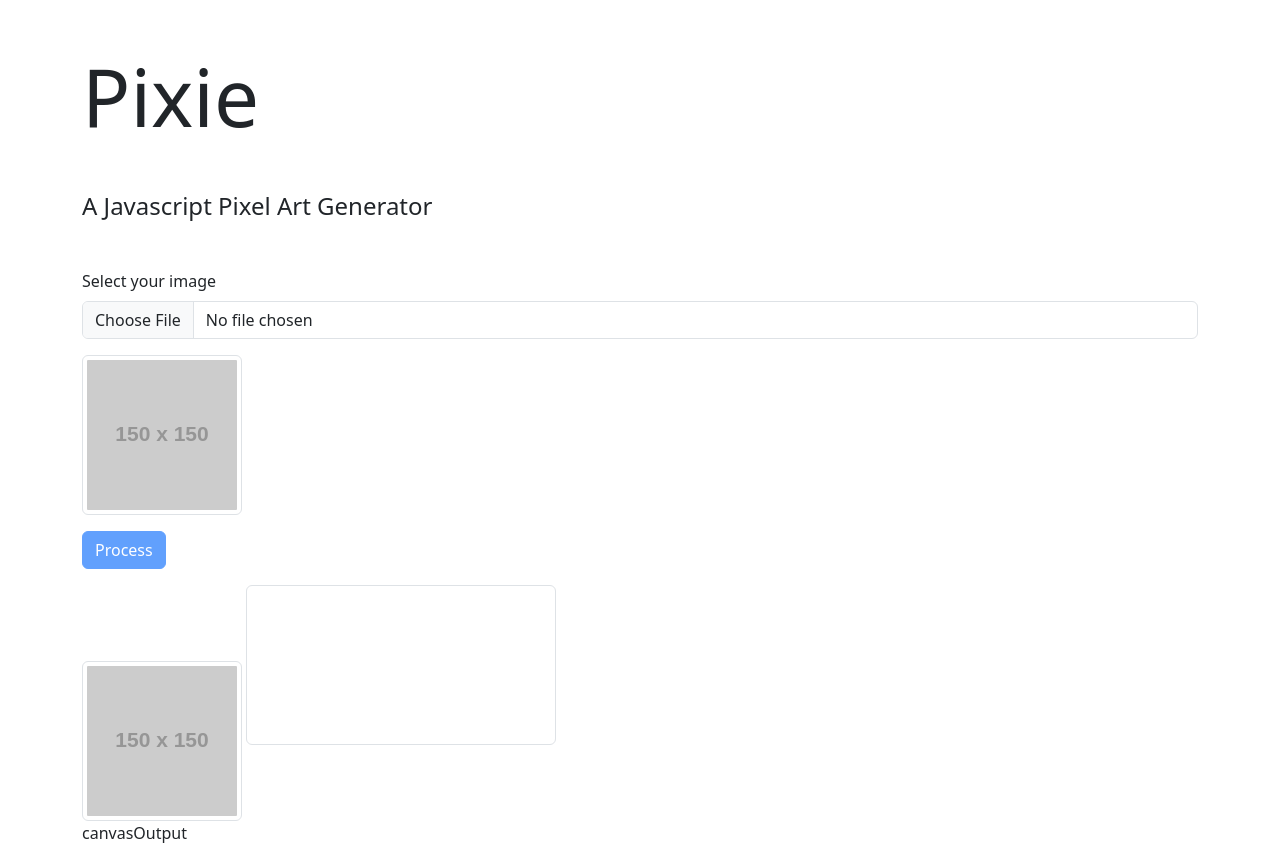
Repository: BigEmperor26/Pixie
Page: index.html
An editor plug-in stored every save of this project. The page is shown before and after the next save, followed by the edit.
The browser window is 1280 px wide. The pictures show the whole page.

Above is the page before, as saved 2023-12-08 15:26:25.
Console error: ReferenceError: onOpenCvReady is not defined

After the next save:
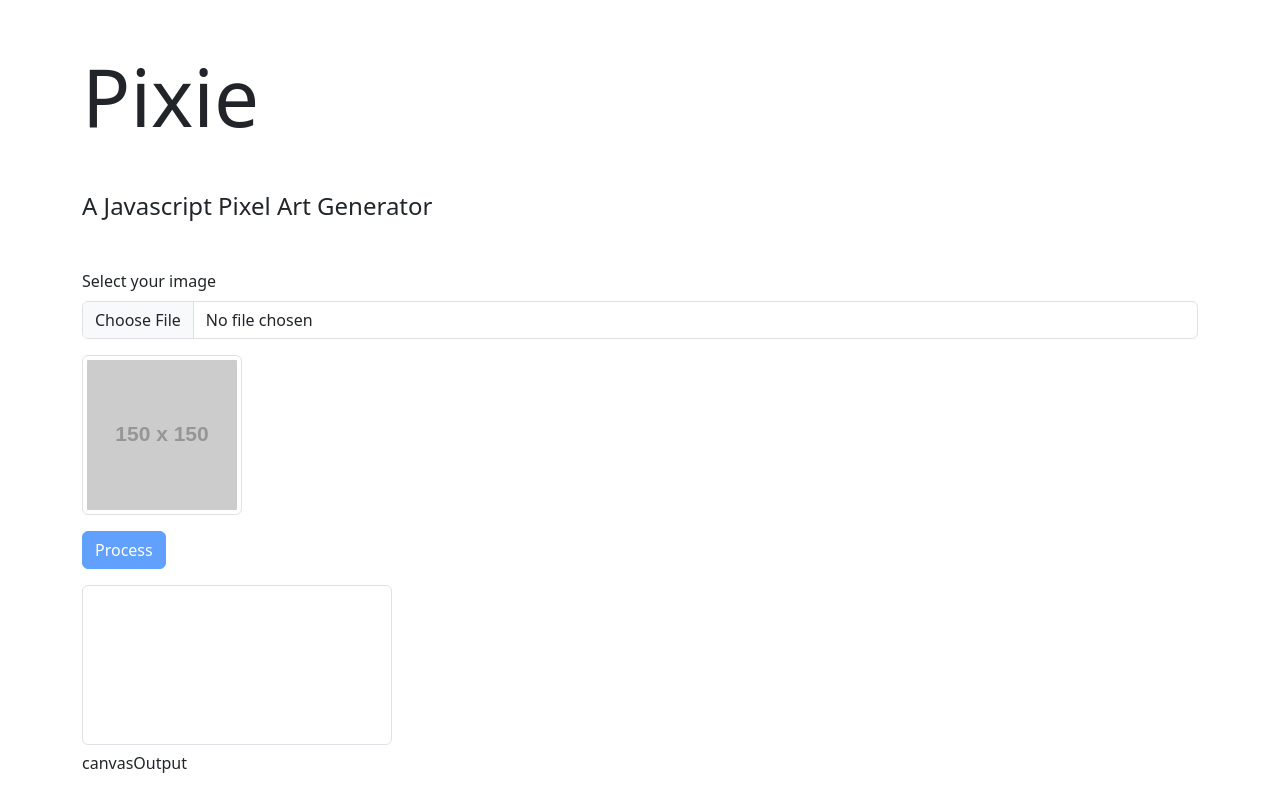
Saved 7 s later.
--- a/index.html
+++ b/index.html
@@ -21,7 +21,7 @@
     <button type="button" class="btn btn-primary disabled" id="processButton">Process</button>
   <!-- Content here -->
     <div class="my-3">
-        <img src="https://via.placeholder.com/150" class="img-thumbnail" alt="..." onclick="" id="imageOut">
+        <!-- <img src="https://via.placeholder.com/150" class="img-thumbnail" alt="..." onclick="" id="imageOut"> -->
         <canvas id="canvasOutput" class="img-thumbnail" ></canvas>
         <div class="caption">canvasOutput</div>
     </div>
